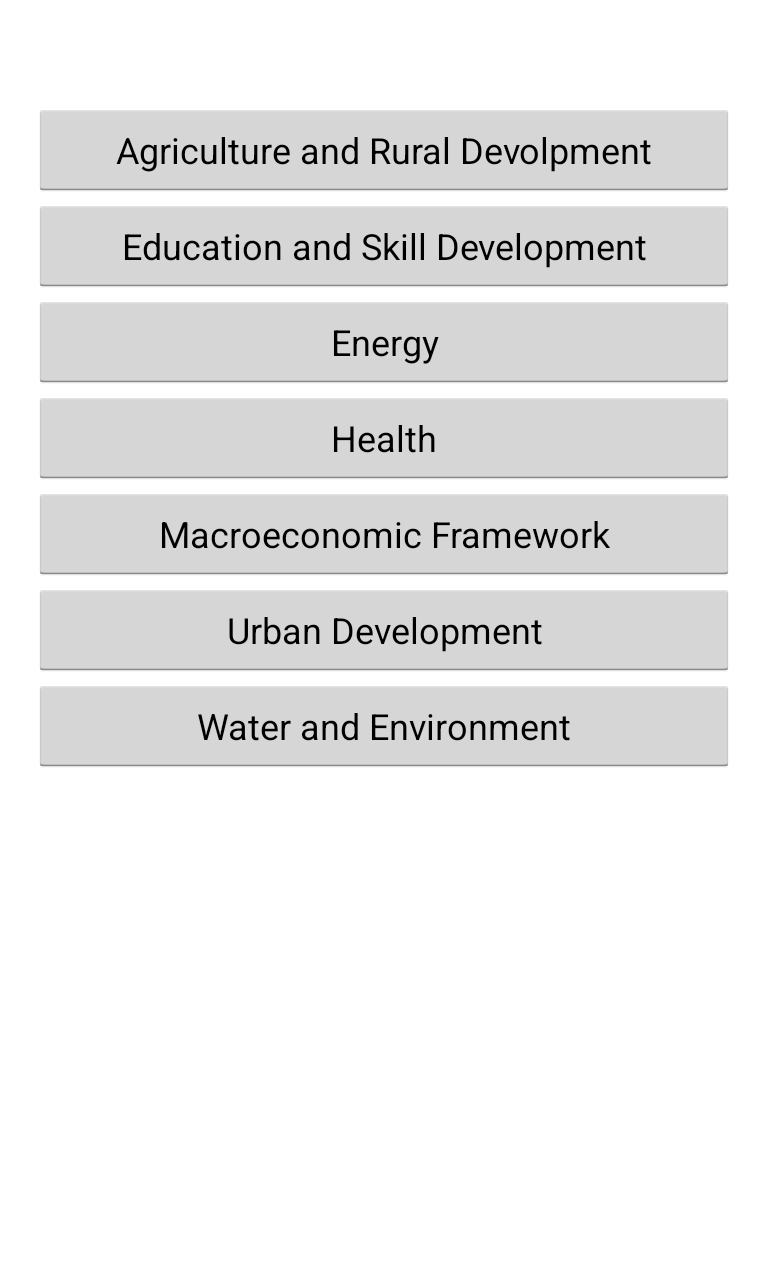
Repository: monisjaved/CalcAndroid
Layout: Main/res/layout/main.xml
An editor plug-in stored every save of this project. The layout is shown before and after the next save, followed by the edit.
It is drawn on a 768 x 1280 px phone screen (xhdpi) without system bars, with theme AppTheme; the app's code is not run.

Above is the layout before, as saved 2013-04-06 22:19:19.

### Main/res/layout/main.xml
<RelativeLayout xmlns:android="http://schemas.android.com/apk/res/android"
    xmlns:tools="http://schemas.android.com/tools"
     android:layout_width="fill_parent"
    android:layout_height="fill_parent"
    android:paddingBottom="@dimen/activity_vertical_margin"
    android:paddingLeft="@dimen/activity_horizontal_margin"
    android:paddingRight="@dimen/activity_horizontal_margin"
    android:paddingTop="@dimen/activity_vertical_margin"
    tools:context=".Main" >

    <Button android:id="@+id/button1"
        android:layout_width="match_parent"
        android:layout_height="wrap_content"
        android:layout_alignParentTop="true"
        android:layout_centerHorizontal="true"
        android:layout_marginTop="35dp"
        android:text="@string/button1" >
    </Button>

    <Button android:id="@+id/button2"
        android:layout_width="match_parent"
        android:layout_height="wrap_content"
        android:layout_below="@+id/button1"
        android:layout_centerHorizontal="true"
        android:text="@string/button2" >
    </Button>

    <Button android:id="@+id/button3"
        android:layout_width="match_parent"
        android:layout_height="wrap_content"
        android:layout_alignRight="@+id/button2"
        android:layout_below="@+id/button2"
        android:text="@string/button3" >
    </Button>

    <Button android:id="@+id/button4"
        android:layout_width="match_parent"
        android:layout_height="wrap_content"
        android:layout_alignRight="@+id/button3"
        android:layout_below="@+id/button3"
        android:text="@string/button4" >
    </Button>

    <Button android:id="@+id/button5"
        android:layout_width="match_parent"
        android:layout_height="wrap_content"
        android:layout_alignLeft="@+id/button4"
        android:layout_below="@+id/button4"
        android:text="@string/button5" >
    </Button>

    <Button android:id="@+id/button6"
        android:layout_width="match_parent"
        android:layout_height="wrap_content"
        android:layout_alignLeft="@+id/button5"
        android:layout_below="@+id/button5"
        android:text="@string/button6" >
    </Button>

    <Button
        android:id="@+id/button7"
        android:layout_width="match_parent"
        android:layout_height="wrap_content"
        android:layout_alignRight="@+id/button6"
        android:layout_below="@+id/button6"
        android:text="@string/button7" >
    </Button>

</RelativeLayout>

### Main/res/values/strings.xml
<?xml version="1.0" encoding="utf-8"?>
<resources>
    <string name="menu_settings">Hello World</string>
    <string name="hello">Hello World, MyActivity!</string>
    <string name="button1">Agriculture and Rural Devolpment</string>
    <string name="button2">Education and Skill Development</string>
    <string name="button3">Energy</string>
    <string name="app_name">Awaaz</string>
	<string name="button4">Health</string>
	<string name="button5">Macroeconomic Framework</string>
	<string name="button6">Urban Development</string>
	<string name="button7">Water and Environment</string>
</resources>

Loaded but not shown: Main/res/values/styles.xml (common file); Main/res/values-v11/styles.xml (common file); Main/res/values-v14/styles.xml (common file); Main/res/values/dimens.xml (common file)

After the next save:
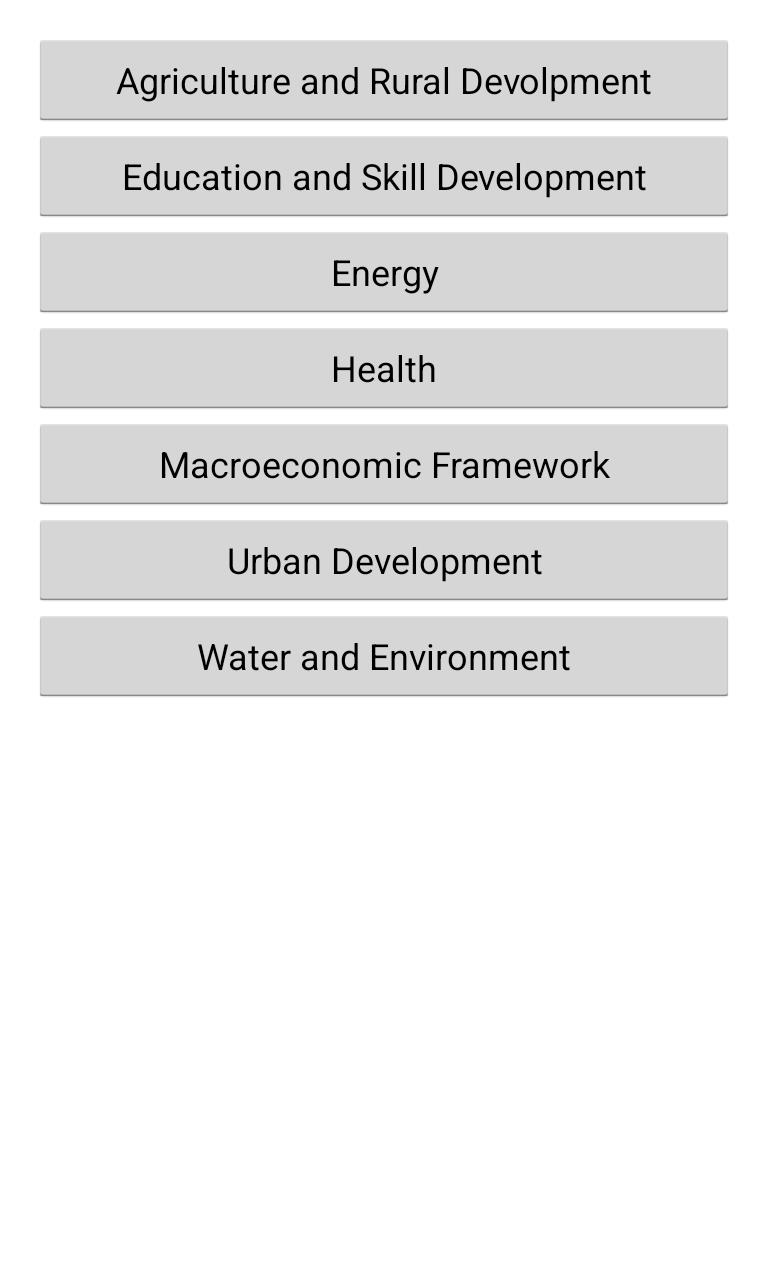
Saved 2 min 15 s later.
--- a/Main/res/layout/main.xml
+++ b/Main/res/layout/main.xml
@@ -7,15 +7,6 @@
     android:paddingRight="@dimen/activity_horizontal_margin"
     android:paddingTop="@dimen/activity_vertical_margin"
     tools:context=".Main" >
-
-    <Button android:id="@+id/button1"
-        android:layout_width="match_parent"
-        android:layout_height="wrap_content"
-        android:layout_alignParentTop="true"
-        android:layout_centerHorizontal="true"
-        android:layout_marginTop="35dp"
-        android:text="@string/button1" >
-    </Button>
 
     <Button android:id="@+id/button2"
         android:layout_width="match_parent"
@@ -66,4 +57,22 @@
         android:text="@string/button7" >
     </Button>
 
+    <Button
+        android:id="@+id/button1"
+        android:layout_width="match_parent"
+        android:layout_height="wrap_content"
+        android:layout_alignLeft="@+id/button2"
+        android:text="@string/button1" />
+
+    <TextView
+        android:id="@+id/textView1"
+        android:layout_width="wrap_content"
+        android:layout_height="wrap_content"
+        android:layout_below="@+id/button1"
+        android:layout_marginTop="63dp"
+        android:layout_toRightOf="@+id/button1"
+        android:text="Large Text"
+        android:textAppearance="?android:attr/textAppearanceLarge" >
+    </TextView>
+
 </RelativeLayout>
